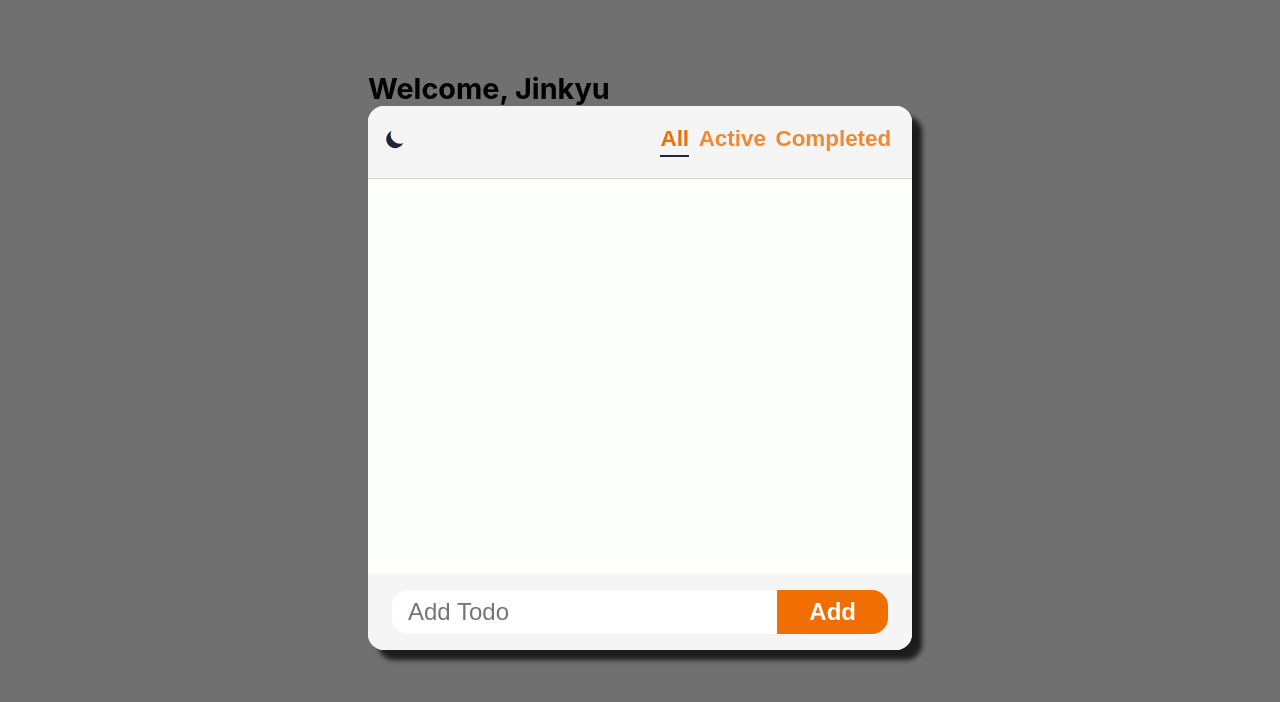
Repository: MrJinkyu/TodoList
Page: /
An editor plug-in stored every save of this project. The page is shown before and after the next save, followed by the edit.
The browser window is 1280 px wide. The pictures show the whole page.
The project was rebuilt for these pictures with package versions that can differ from the ones it lists, and the page was loaded fresh each time. Also part of the build but not shown: src/components/Todo.module.css, src/components/Todo.jsx.

Above is the page before, as saved 2023-05-01 16:06:33.

After the next save:
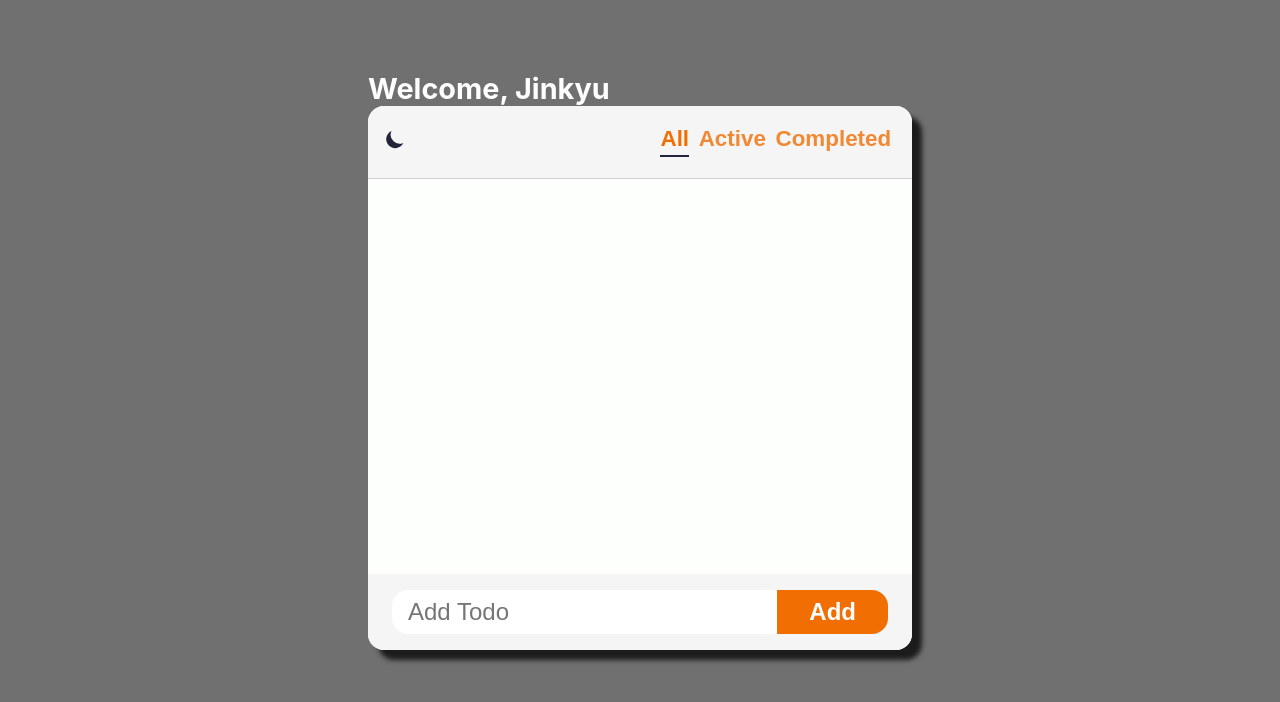
Saved 37 s later.
--- a/src/components/Greeting.module.css
+++ b/src/components/Greeting.module.css
@@ -1,3 +1,3 @@
-/* .greeting{
-    background-color: white;
-} */
+.greeting{
+    color: var(--color-white);
+}
